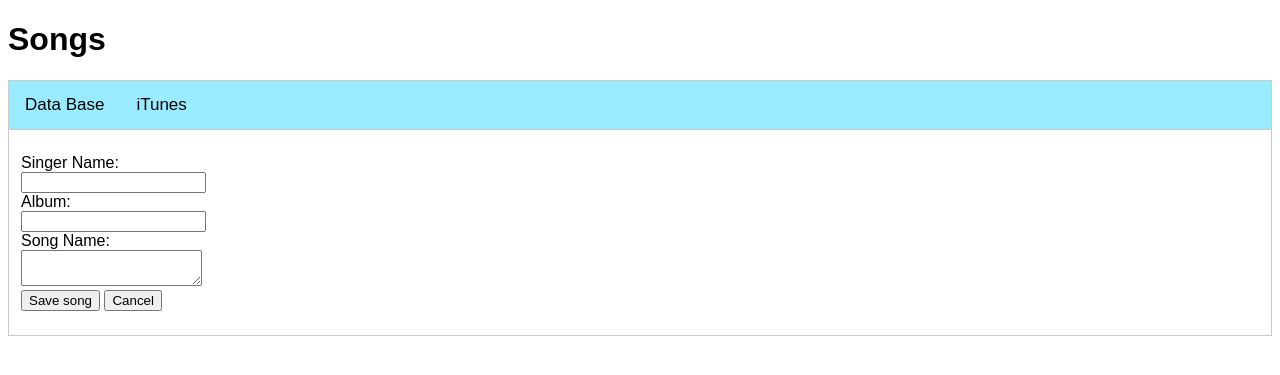
Repository: taudordenisa/proiect-cloud-computing
Page: frontend/index.html
The author's editor kept a record of every edit. The page is drawn from the files as they stood at one moment, then again after the next edit.
The browser window is 1280 px wide. The pictures show the whole page.
The page's requests for data from a server got no answer.

Above is the page before.

After the next edit:
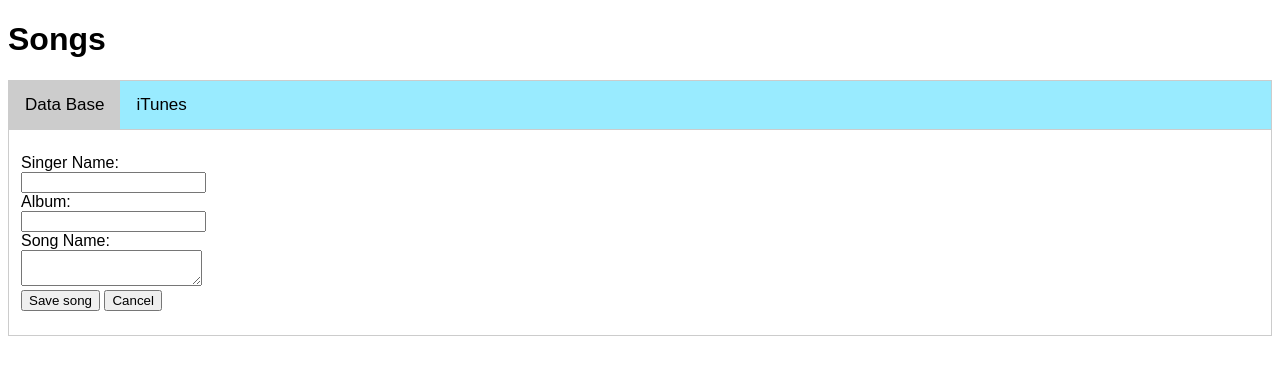
The edit:
--- a/frontend/index.html
+++ b/frontend/index.html
@@ -9,9 +9,8 @@
     </body>
 
     <div class="tab">
-        <button class="tablinks" onclick="openTab(event, 'dataBase')">Data Base</button>
+        <button class="tablinks active" onclick="openTab(event, 'dataBase')">Data Base</button>
         <button class="tablinks" onclick="openTab(event, 'iTunes')">iTunes</button>
-
     </div>
 
     <div id="iTunes" class="tabcontent">
